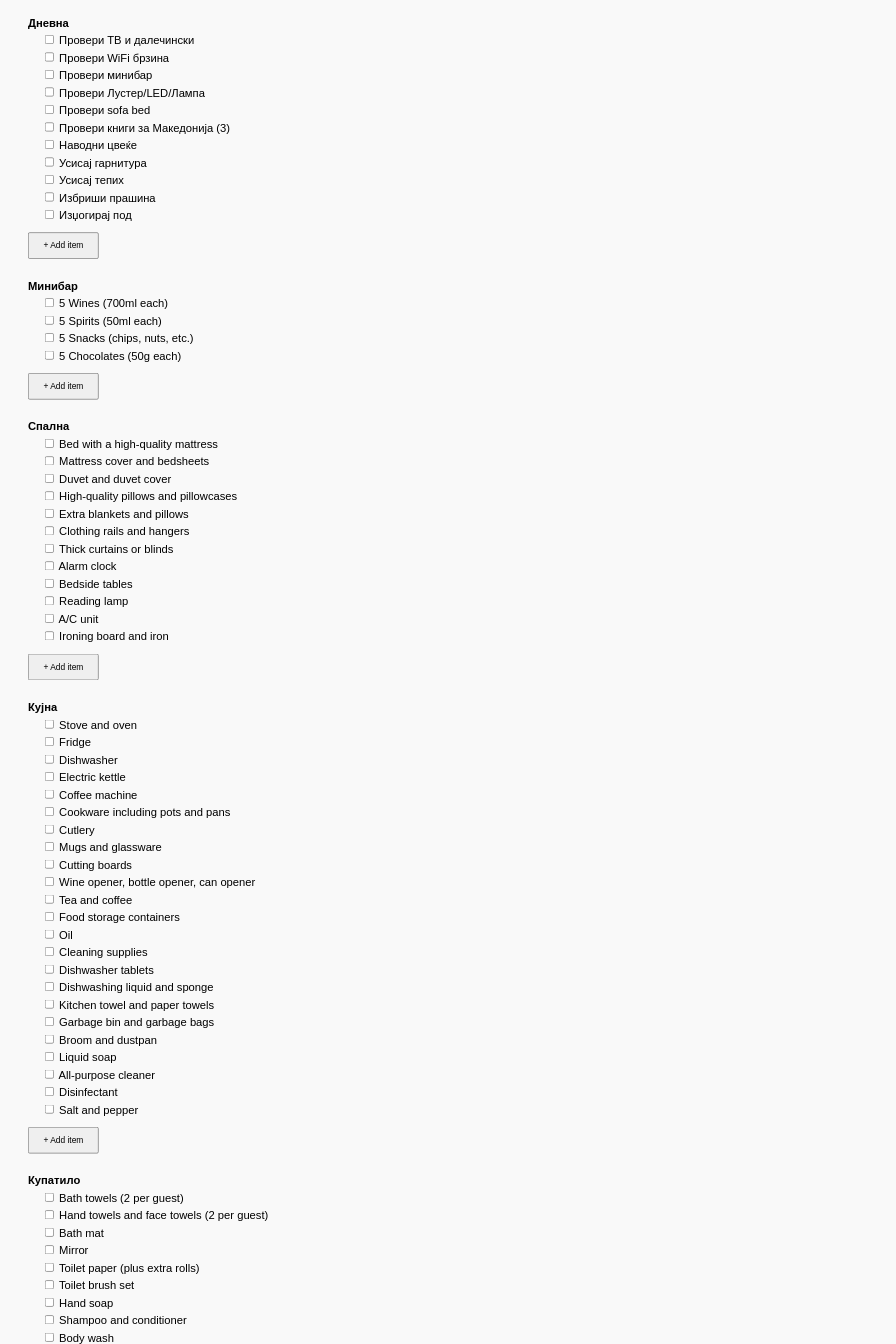
Repository: Z0ck0/Lynx-Apartment-Dashboard
Page: index.html
The author's editor kept a copy of each file at every save. The page is drawn from the files as they stood at one save, then again after the next save.
The browser window is 1280 px wide. The pictures show the part of the page from y = 657 to 2577 px (the page is 4112 px tall before and 4037 px after), at 70% of full size.

Above is the page before, as saved 2025-05-29 10:26:02.

After the next save:
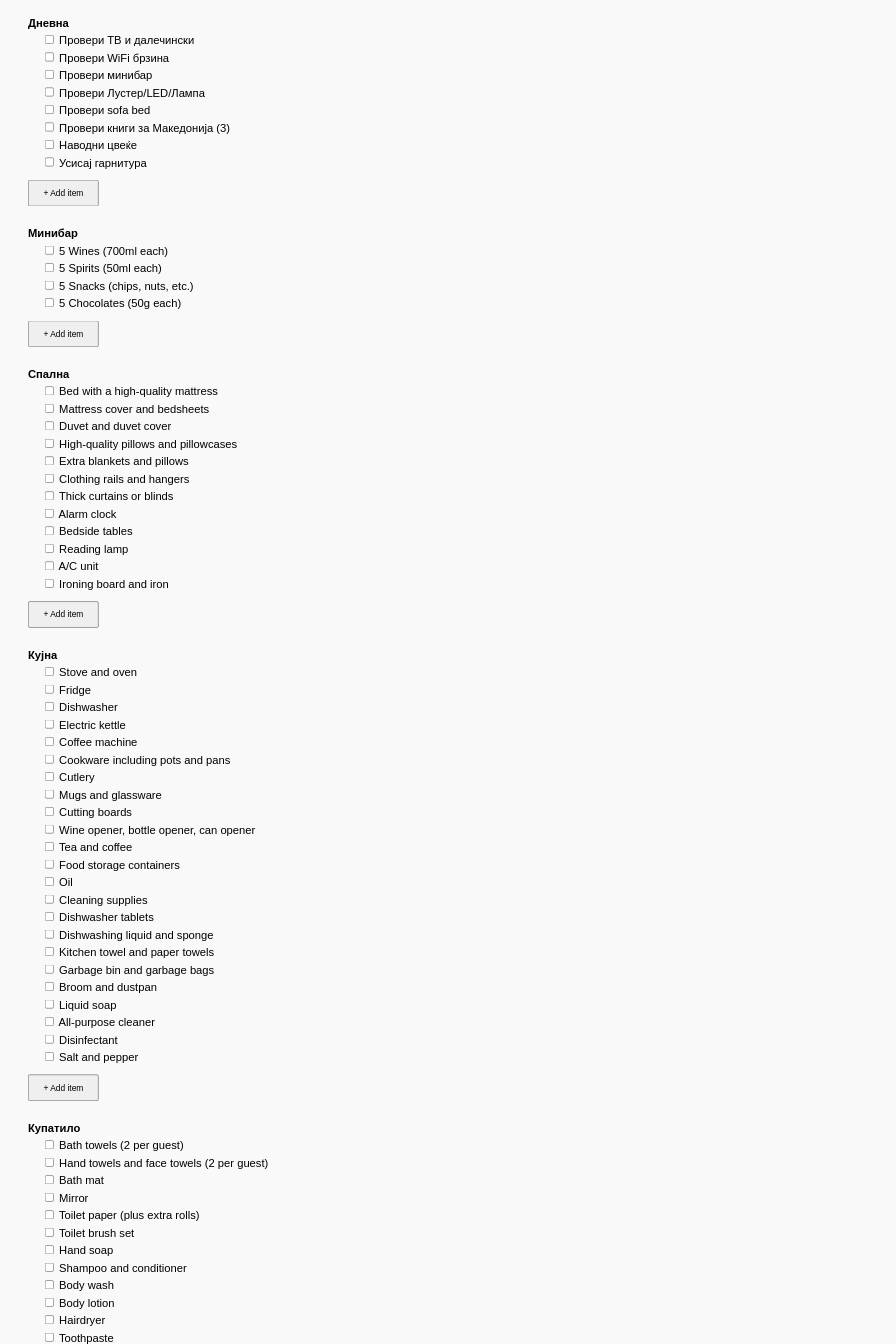
Saved 5 s later.
--- a/index.html
+++ b/index.html
@@ -209,9 +209,7 @@
 
           "Наводни цвеќе",
           "Усисај гарнитура",
-          "Усисај тепих",
-          "Избриши прашина",
-          "Изџогирај под",
+
         ],
         Минибар: [
           "5 Вина (700ml секое)",
